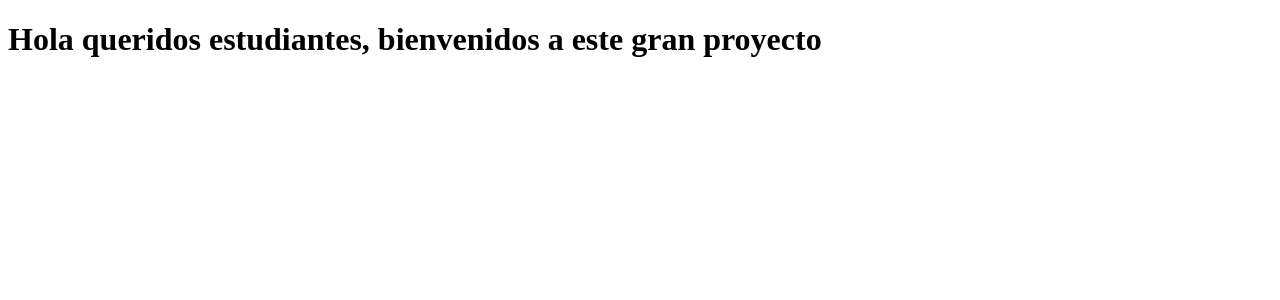
Repository: Larridicula/MyWeb
Page: web.html
An editor plug-in stored every save of this project. The page is shown before and after the next save, followed by the edit.
The browser window is 1280 px wide. The pictures show the whole page.

Above is the page before, as saved 2023-08-28 13:52:37.

After the next save:
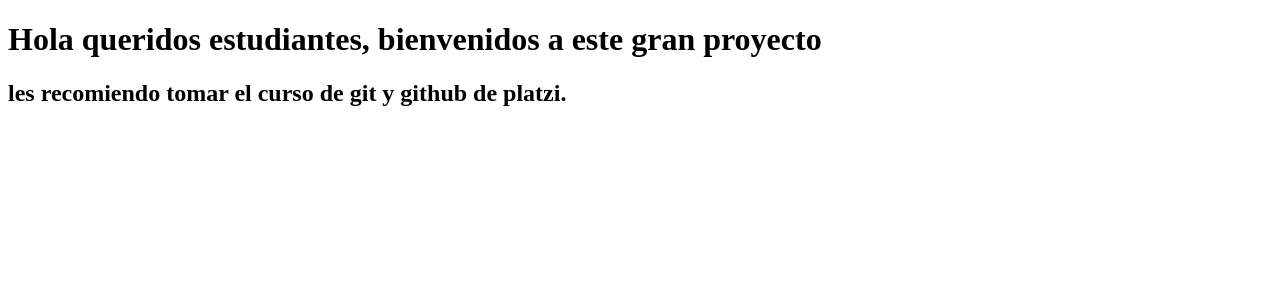
Saved 82 s later.
--- a/web.html
+++ b/web.html
@@ -8,6 +8,9 @@
             <h1>
                 Hola queridos estudiantes, bienvenidos a este gran proyecto
             </h1>
+            <h2>
+                les recomiendo tomar el curso de git y github de platzi.
+            </h2>
         </div>
     </body>
 </html>
